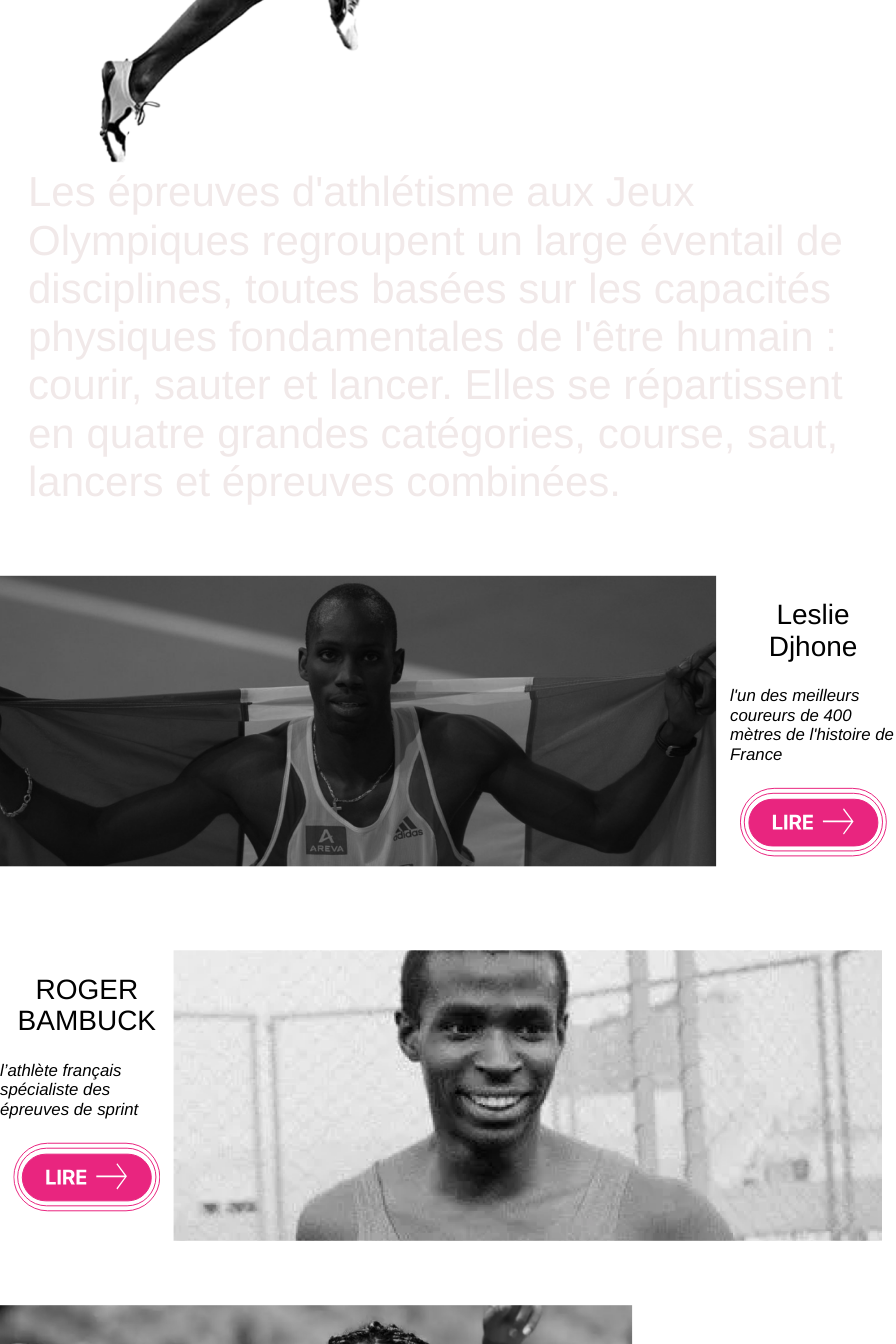
Repository: AdilGHAZAL/MosaiqueWebdoc
Page: /
An editor plug-in stored every save of this project. The page is shown before and after the next save, followed by the edit.
The browser window is 1280 px wide. The pictures show the part of the page from y = 992 to 2912 px (the page is 9773 px tall before and 9704 px after), at 70% of full size.
Some web fonts or font styles are not loaded; a fallback is used. The project was rebuilt for these pictures with package versions that can differ from the ones it lists, and the page was loaded fresh each time. Also part of the build but not shown: vite.config.js, src/firebaseConfig.jsx, src/Athelete1/Athlete1.css, src/Athelete1/Athlete1.jsx, src/LoginScreen.jsx, src/backoffice.jsx, src/TrainingPage.jsx.

Above is the page before, as saved 2024-05-02 14:52:06.

After the next save:
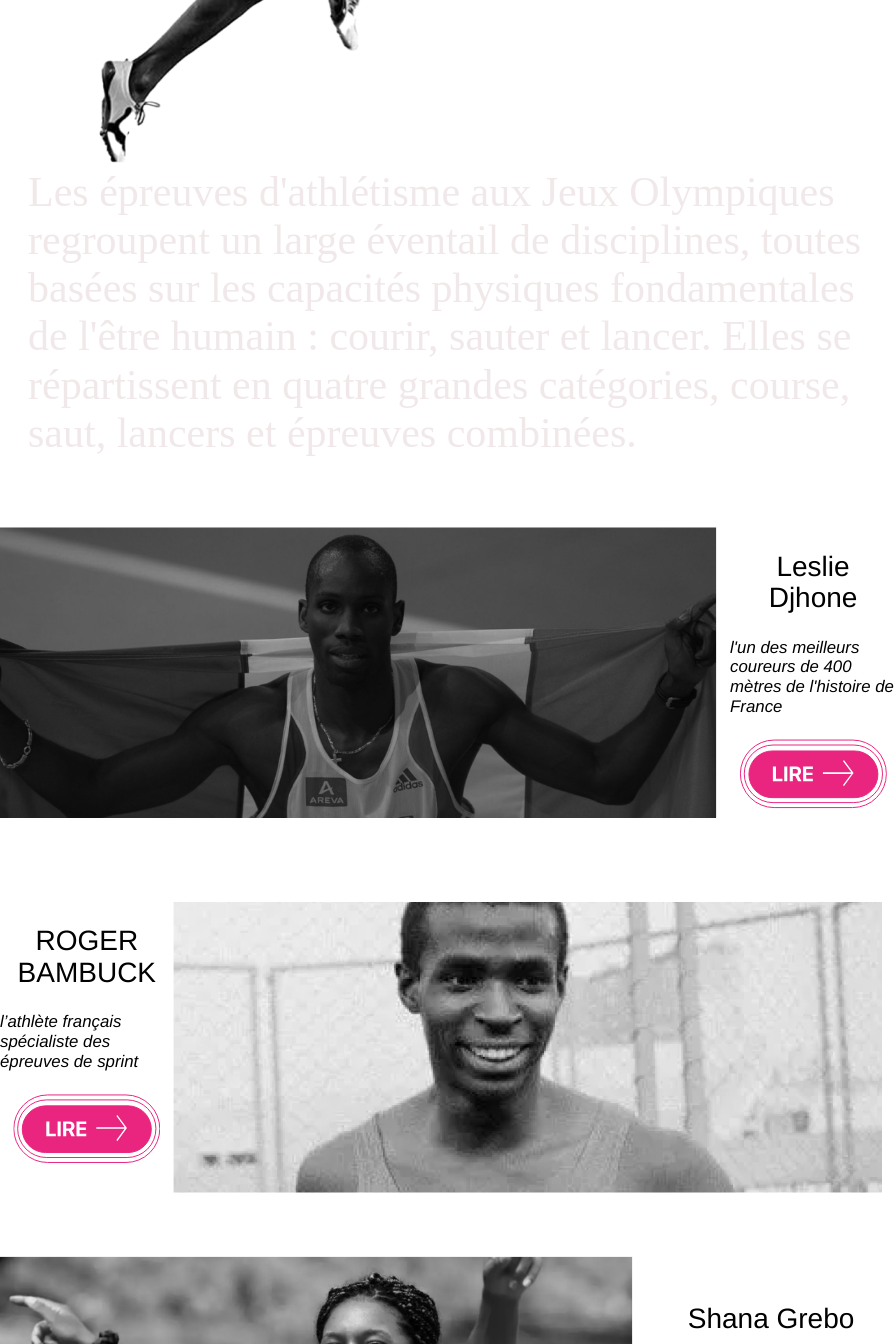
Saved 93 s later.
--- a/src/components/HomePage.jsx
+++ b/src/components/HomePage.jsx
@@ -26,7 +26,7 @@
         <div className="UBimage">
           <img src="./src/assets/ub1.png" alt="imageUB" />
         </div>
-        <section className='scroll-reveal'>
+        <section className='scroll-reveal' style={{ fontFamily: 'SF-Pro-Display-Bold' }}>
           <span>
             Les épreuves d'athlétisme aux Jeux Olympiques regroupent un large éventail de disciplines, toutes basées sur les capacités physiques fondamentales de l'être humain : courir, sauter et lancer. Elles se répartissent en quatre grandes catégories, course, saut, lancers et épreuves combinées.
           </span>
